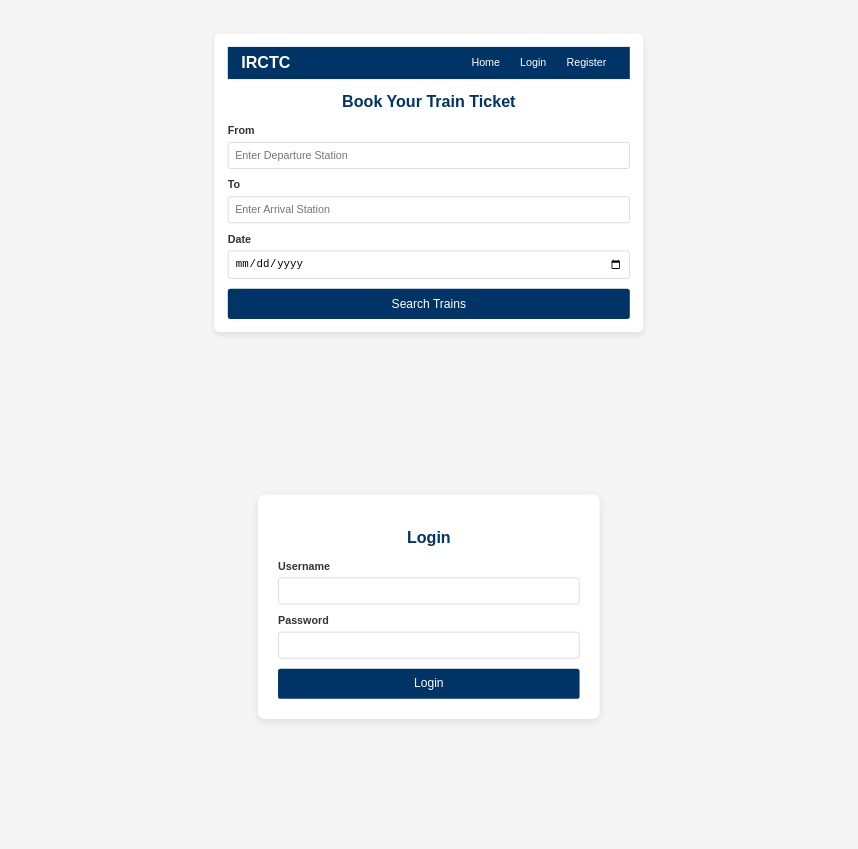
Repository: ssaddamhuss100/IRCTC-Clone
Page: /
These files come from the project's save history. The page is drawn as it stood at one moment and after a run of saves; the edit follows.
The browser window is 1280 px wide. The pictures show the whole page, at 67% of full size.
The project was rebuilt for these pictures with package versions that can differ from the ones it lists, and the page was loaded fresh each time. Also part of the build but not shown: vite.config.js.

Above is the page before, as saved 2025-01-19 11:41:50.

### src/App.jsx
import React, { useEffect } from "react";
import Homepage from "./pages/Homepage/Homepage";
import Login from "./pages/Login/Login";
import Register from "./pages/Register/Register";
import ClassBasedComponent from "./pages/ClassBasedComponent";
import FunctionalComponent from "./pages/FunctionalComponent";

const App = () => {
  return (
    <div>
      <Homepage/>
      <Login/>

      {/* <ClassBasedComponent initialCount = {10} />
      <hr />
      <FunctionalComponent  initialCount = {10} /> */}
    </div>
  );
};

export default App;

### src/pages/Homepage/Homepage.jsx
import React from "react";
import "./HomePage.css";
import Navbar from "../../components/Navbar/Navbar";
const HomePage = () => {

  return (
    <div className="homepage">
      <Navbar/>
      <h2>Book Your Train Ticket</h2>
      <form>
        <div className="form-group">
          <label htmlFor="from">From</label>
          <input
            type="text"
            id="from"
            placeholder="Enter Departure Station"
            required
          />
        </div>
        <div className="form-group">
          <label htmlFor="to">To</label>
          <input
            type="text"
            id="to"
            placeholder="Enter Arrival Station"
            required
          />
        </div>
        <div className="form-group">
          <label htmlFor="date">Date</label>
          <input type="date" id="date" required />
        </div>
        <button type="submit">Search Trains</button>
      </form>
    </div>
  );
};


export default HomePage;

### src/pages/Login/Login.jsx
import React from "react";
import "./Login.css";

const Login = () => {
  return (
    <div className="login-container">
      <div className="login-box">
        <h2>Login</h2>

        <form>

          <div className="form-group">
            <label htmlFor="username">Username</label>
            <input type="text" id="username" required />
          </div>

          <div className="form-group">
            <label htmlFor="password">Password</label>
            <input type="password" id="password" required />
          </div>

          <button type="submit">Login</button>

        </form>

      </div>
    </div>
  );
};

export default Login;

### src/pages/Homepage/Homepage.css
body {
  margin: 0;
  font-family: Arial, sans-serif;
  background-color: #f5f5f5;
}

.homepage {
  background-color: white;
  padding: 20px;
  margin: 50px auto;
  border-radius: 8px;
  max-width: 600px;
  box-shadow: 0 4px 10px rgba(0, 0, 0, 0.1);
}

h2 {
  color: #003366;
  text-align: center;
  margin-bottom: 20px;
  font-size: 24px;
  font-weight: 700;
}

form {
  display: flex;
  flex-direction: column;
  gap: 15px;
}

.form-group {
  display: flex;
  flex-direction: column;
}

.form-group label {
  font-size: 16px;
  font-weight: 600;
  color: #333;
  margin-bottom: 8px;
}

.form-group input {
  padding: 10px;
  border: 1px solid #ccc;
  border-radius: 4px;
  font-size: 16px;
  transition: border-color 0.3s;
}

.form-group input:focus {
  border-color: #003366;
}

button[type="submit"] {
  background-color: #003366;
  color: white;
  padding: 12px;
  border: none;
  border-radius: 4px;
  font-size: 18px;
  cursor: pointer;
  transition: background-color 0.3s;
}

button[type="submit"]:hover {
  background-color: #005b99;
}

@media (max-width: 768px) {
  .homepage {
    margin: 20px;
    padding: 15px;
  }
}

### src/components/navbar/Navbar.jsx
import React from "react";
import "./Navbar.css";

const Navbar = () => {
  return (
    <nav className="navbar">
      <h1>IRCTC</h1>
      <ul>
        <li>
          <a href="/">Home</a>
        </li>
        <li>
          <a href="/login">Login</a>
        </li>
        <li>
          <a href="/register">Register</a>
        </li>
      </ul>
    </nav>
  );
};

export default Navbar;

### src/pages/Login/Login.css
/* Outer container to center the form on the page */
.login-container {
  display: flex;
  justify-content: center; /* Center horizontally */
  align-items: center; /* Center vertically */
  min-height: 100vh; /* Full viewport height */
  background-color: #f5f5f5; /* Light gray background */
}

/* Form box layout similar to IRCTC */
.login-box {
  background-color: #ffffff; /* White background for form */
  padding: 30px;
  border-radius: 10px; /* Rounded corners */
  box-shadow: 0 4px 12px rgba(0, 0, 0, 0.1); /* Soft shadow */
  width: 100%; /* Full width of container */
  max-width: 450px; /* Max width to limit form size */
}

/* Form heading */
.login-box h2 {
  text-align: center;
  color: #003366; /* IRCTC blue color for heading */
  margin-bottom: 20px;
}

### src/components/navbar/navbar.css
.navbar {
    display: flex;
    justify-content: space-between;
    align-items: center;
    background-color: #003366;
    padding: 10px 20px;
    color: white;
  }

  .navbar h1 {
    margin: 0;
  }

  .navbar ul {
    list-style-type: none;
    margin: 0;
    padding: 0;
    display: flex;
  }

  .navbar li {
    margin: 0 15px;
  }

  .navbar a {
    color: white;
    text-decoration: none;
    font-size: 16px;
  }

  .navbar a:hover {
    text-decoration: underline;
  }

### src/pages/Register/Register.jsx
import React from "react";
import "./Register.css";

const Register = () => {
  return (
    <div className="register-container">
      <div className="register-box">
        <h2>Register</h2>

        <form>

          <div className="form-group">
            <label htmlFor="username">Username</label>
            <input type="text" id="username" required />
          </div>

          <div className="form-group">
            <label htmlFor="email">Email</label>
            <input type="email" id="email" required />
          </div>

          <div className="form-group">
            <label htmlFor="password">Password</label>
            <input type="password" id="password" required />
          </div>

          <button type="submit">Register</button>

        </form>

      </div>
    </div>
  );
};

export default Register;

### src/pages/Register/Register.css
/* Outer container to center the form on the page */
.register-container {
    display: flex;
    justify-content: center; /* Center horizontally */
    align-items: center; /* Center vertically */
    min-height: 100vh; /* Full viewport height */
    background-color: #f5f5f5; /* Light gray background */
  }

  /* Form box layout similar to IRCTC */
  .register-box {
    background-color: #ffffff; /* White background for form */
    padding: 30px;
    border-radius: 10px; /* Rounded corners */
    box-shadow: 0 4px 12px rgba(0, 0, 0, 0.1); /* Soft shadow */
    width: 100%; /* Full width of container */
    max-width: 450px; /* Max width to limit form size */
  }

  /* Form heading */
  .register-box h2 {
    text-align: center;
    color: #003366; /* IRCTC blue color for heading */
    margin-bottom: 20px;
  }

Loaded but not shown: index.html (common file); src/main.jsx (common file); src/pages/ClassBasedComponent.jsx (no stored copy; drawn as an empty file); src/pages/FunctionalComponent.jsx (no stored copy; drawn as an empty file)

After the next 2 saves:
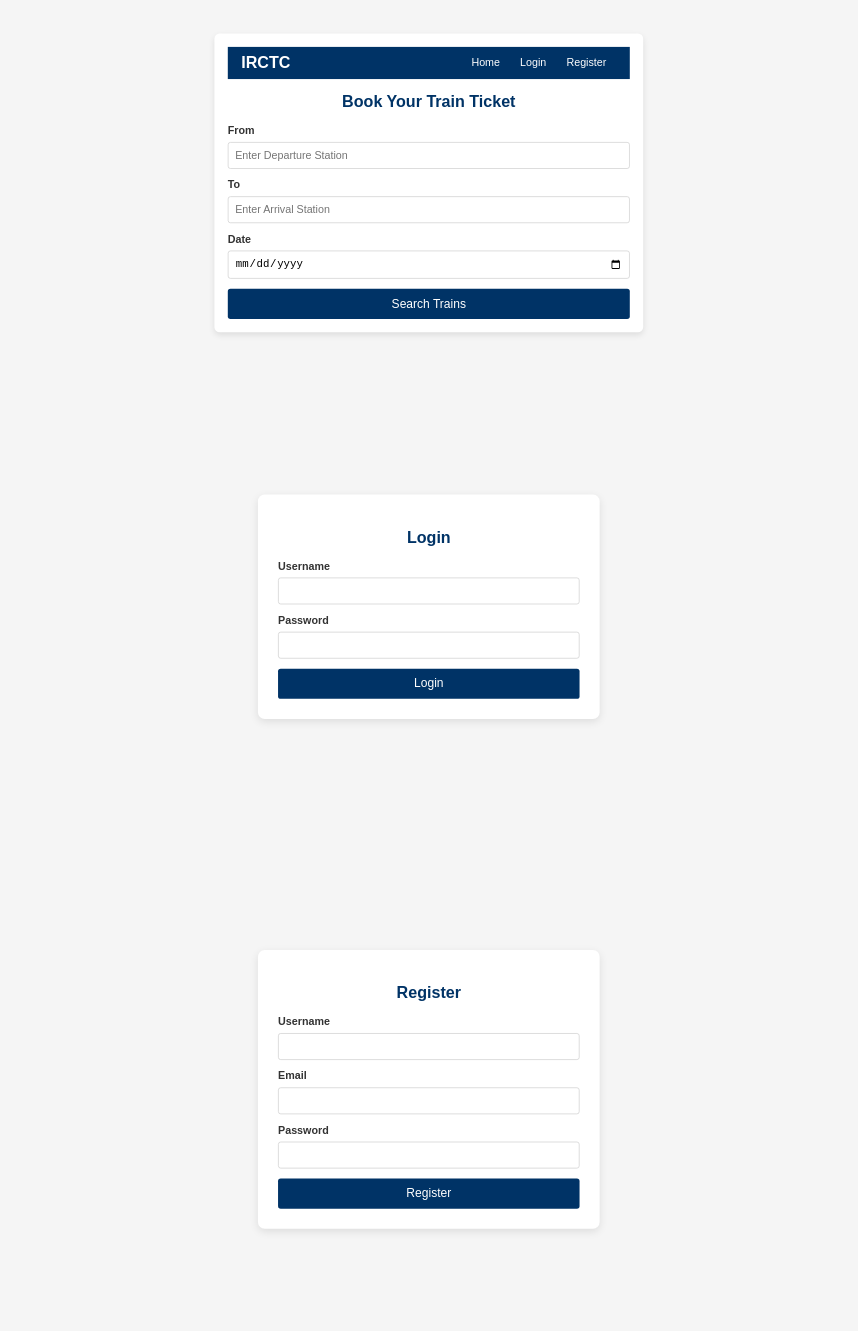
The 2 saves are shown as one change because they came seconds apart.
The last was saved 7 s later.
--- a/src/App.jsx
+++ b/src/App.jsx
@@ -10,7 +10,7 @@
     <div>
       <Homepage/>
       <Login/>
-
+      <Register/>
       {/* <ClassBasedComponent initialCount = {10} />
       <hr />
       <FunctionalComponent  initialCount = {10} /> */}
